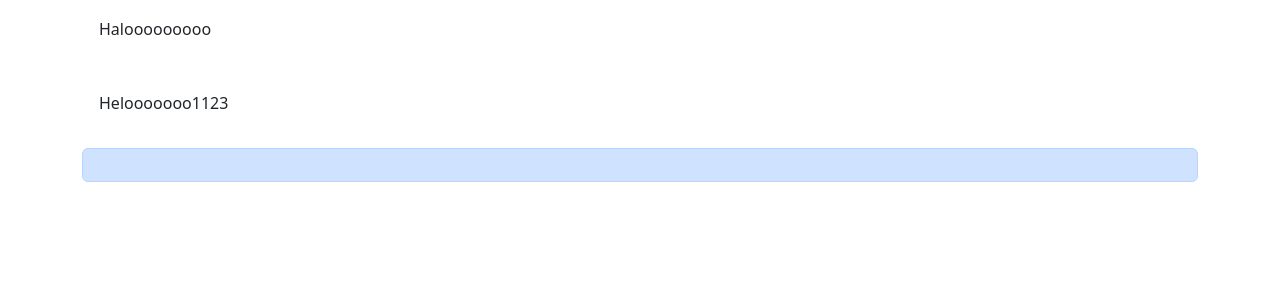
Repository: hcozyph/cybersoft_JS_5_T-ch-h-m
Page: index.htm
These files come from the project's save history. The page is drawn as it stood at one moment and after the next save; the edit follows.
The browser window is 1280 px wide. The pictures show the whole page.

Above is the page before, as saved 2023-02-05 10:31:57.

After the next save:
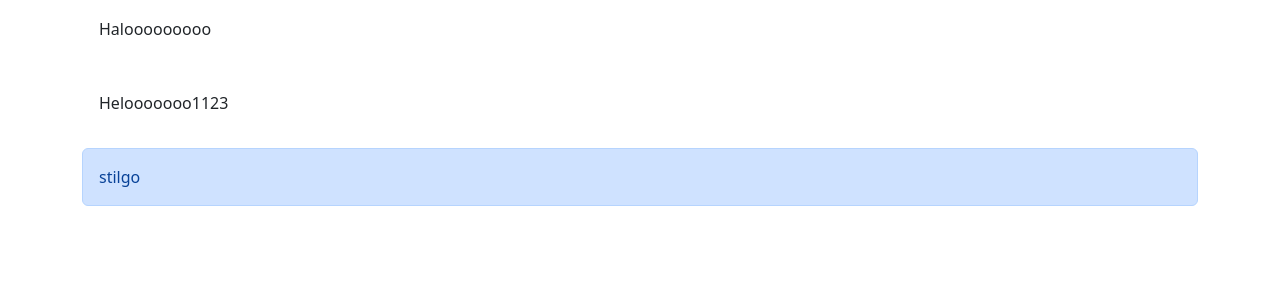
Saved 16 s later.
--- a/index.htm
+++ b/index.htm
@@ -27,10 +27,9 @@
 
             <p class="alert alert-morning my-3" id="output-p">Helooooooo1123</p>
 
-            <span
-                class="d-block alert alert-primary my-3"
-                id="output-span"
-            ></span>
+            <span class="d-block alert alert-primary my-3" id="output-span"
+                >stilgo</span
+            >
         </div>
 
         <!-- bootstrap -->
